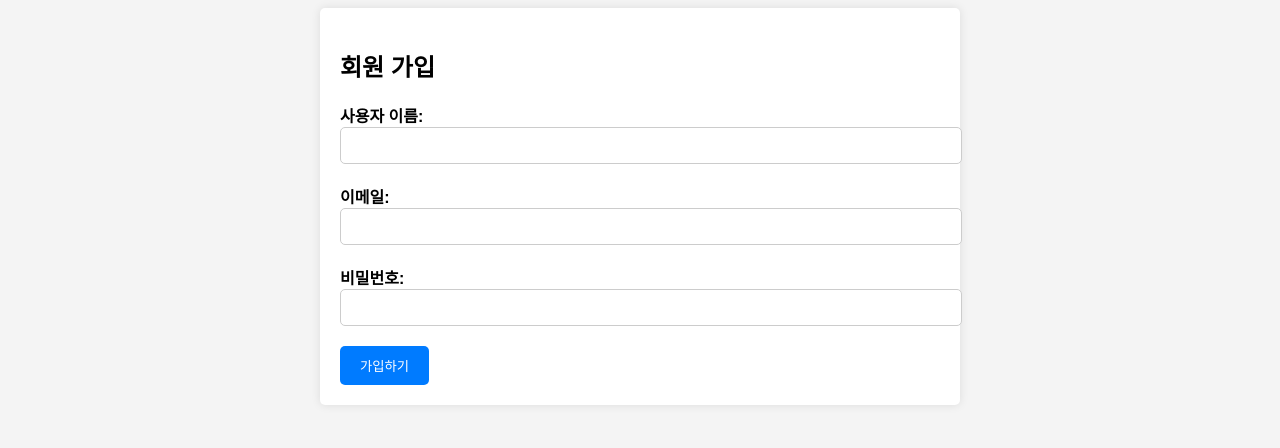
Repository: S1K1DA/Servlet
Page: ServletProject/src/main/webapp/member/register.html
These files come from the project's save history. The page is drawn as it stood at one moment and after the next save; the edit follows.
The browser window is 1280 px wide. The pictures show the whole page.

Above is the page before, as saved 2024-05-07 02:41:02.

After the next save:
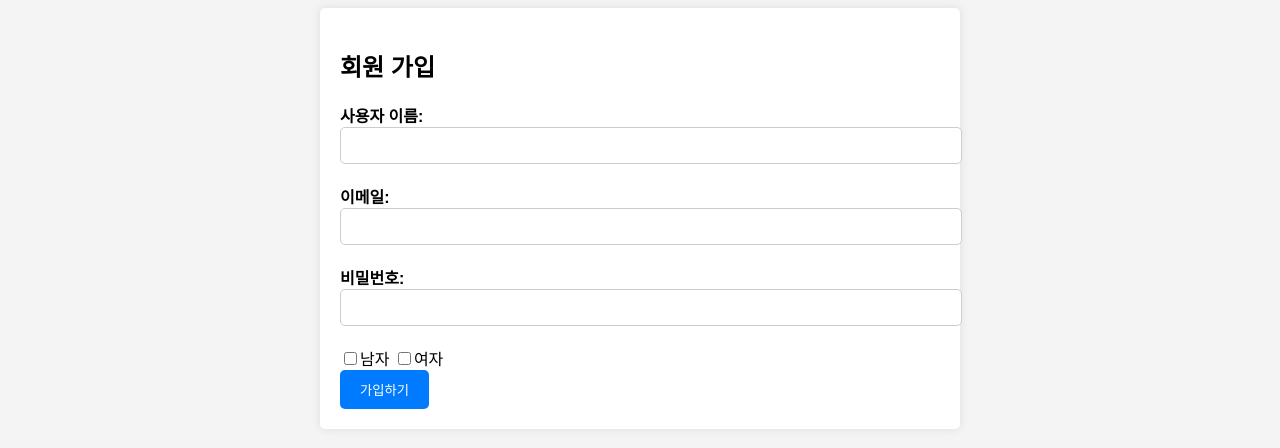
Saved 14 min 58 s later.
--- a/ServletProject/src/main/webapp/member/register.html
+++ b/ServletProject/src/main/webapp/member/register.html
@@ -57,6 +57,12 @@
                 <label for="password">비밀번호:</label>
                 <input type="password" id="password" name="password" required>
             </div>
+
+            <div>
+            	<input type="checkbox" name="gender" value="M">남자
+            	<input type="checkbox" name="gender" value="W">여자
+            </div>
+
             <input type="submit" value="가입하기">
         </form>
     </div>
